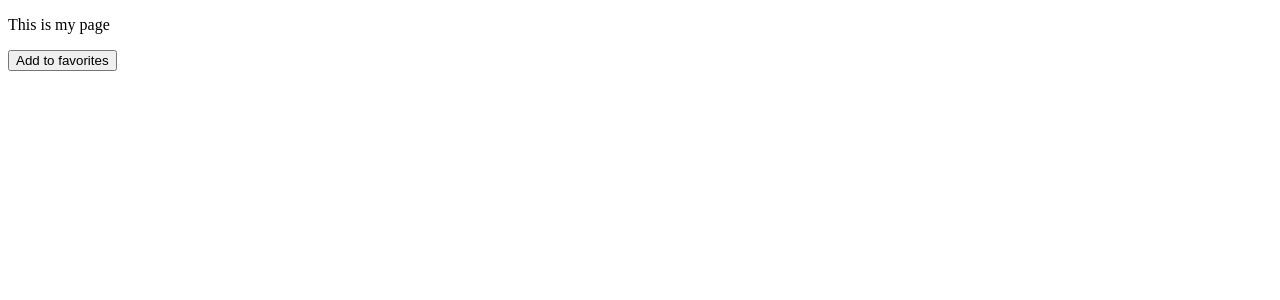
Repository: PareutPareut/frontend
Page: markDowns/htmlCssStudy/htmlStudy.html
An editor plug-in stored every save of this project. The page is shown before and after the next save, followed by the edit.
The browser window is 1280 px wide. The pictures show the whole page.

Above is the page before, as saved 2023-11-27 02:37:42.

### markDowns/htmlCssStudy/htmlStudy.html
<!doctype html>
<html>
  <head>
    <meta charset="utf-8" />
    <title>My firtst log in</title>
  </head>
  <body>
    <p>This is my page</p>
    <button type="button">Add to favorites</button>

  </body>
</html>

After the next save:
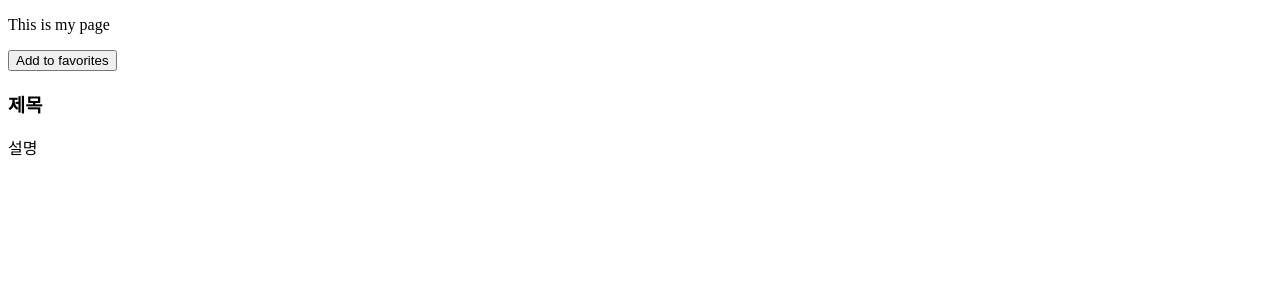
Saved 17 min 10 s later.
--- a/markDowns/htmlCssStudy/htmlStudy.html
+++ b/markDowns/htmlCssStudy/htmlStudy.html
@@ -8,5 +8,10 @@
     <p>This is my page</p>
     <button type="button">Add to favorites</button>
 
+    <div id="구분용 div name">
+        <h3>제목</h3>
+        <p>설명</p>
+    </div>
+
   </body>
 </html>
